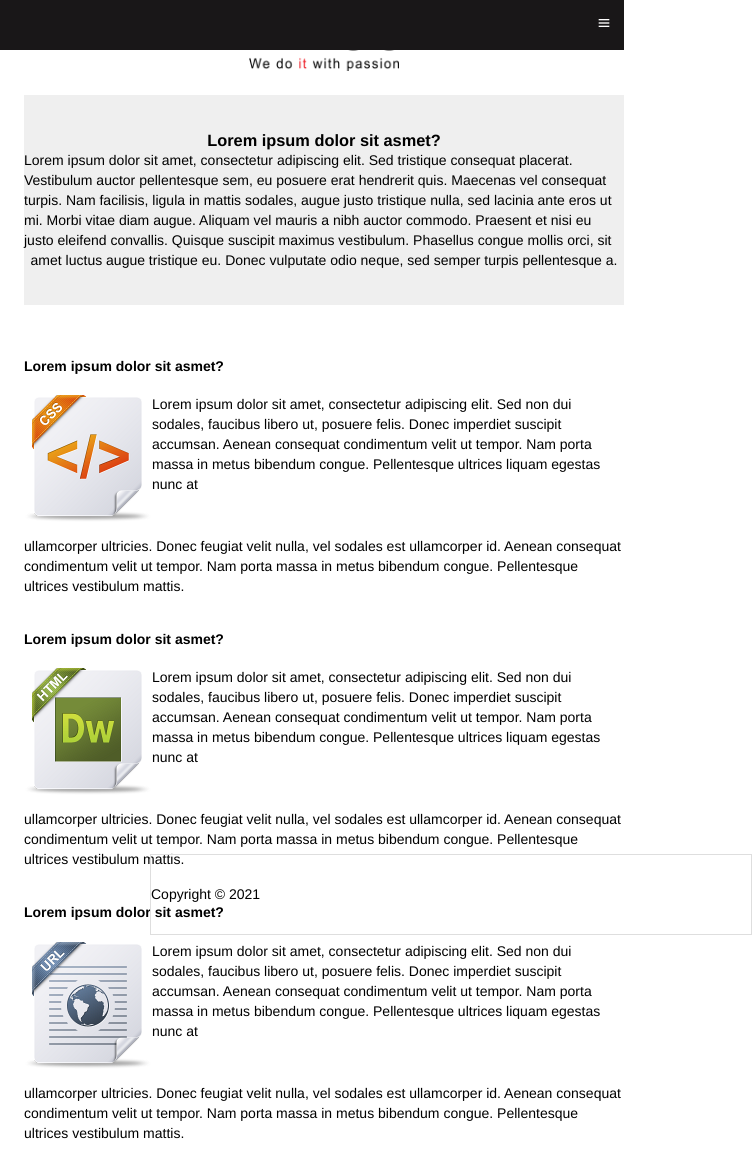
Repository: HoanTiny/ncc
Page: index.html
The author's editor kept a copy of each file at every save. The page is drawn from the files as they stood at one save, then again after the next save.
The browser window is 600 px wide. The page is 752 px wide, then 648 px, so the pictures cover 752 px, including what lies to the right of the window. The pictures show the whole page.

Above is the page before, as saved 2023-03-30 21:12:54.

After the next save:
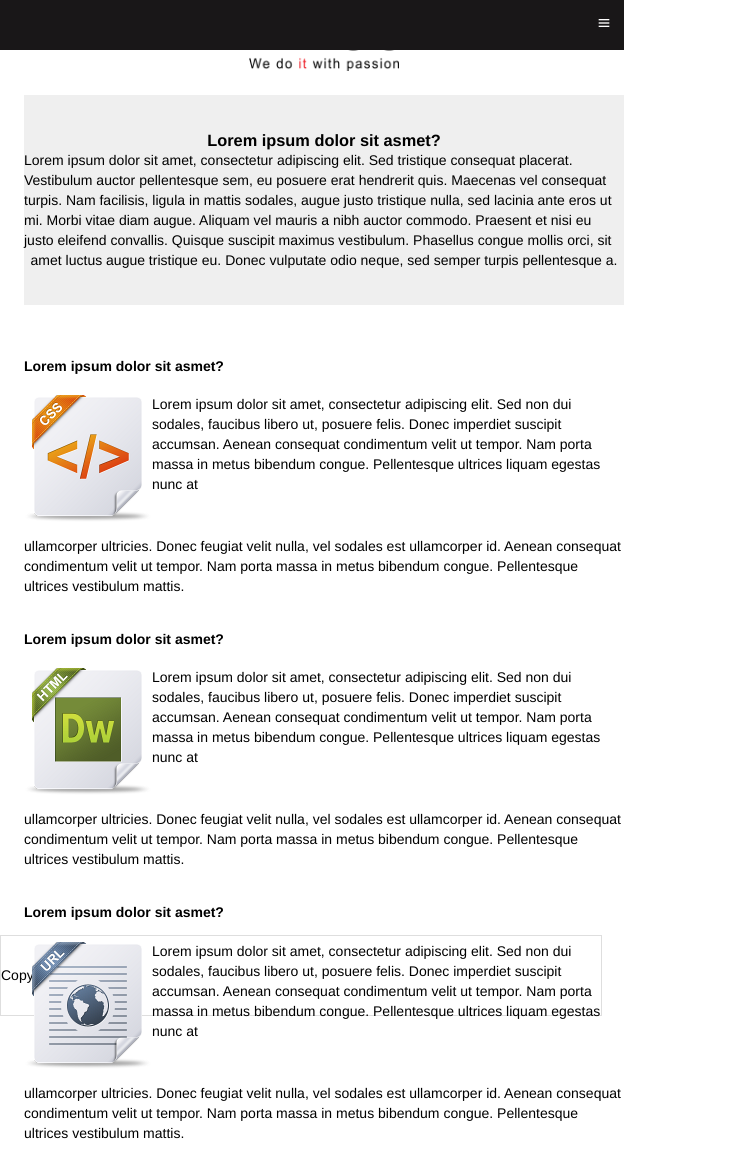
Saved 64 s later.
--- a/style.css
+++ b/style.css
@@ -169,4 +169,15 @@
     .content_logo img {
         width: 150px;
     }
+
+    .footer {
+        position: unset;
+        /* bottom: 0;
+        width: 100%;
+        height: 79px;
+        left: 150px;
+        line-height: 79px;
+        border: 1px solid #dedede;
+        margin: 0; */
+    }
 }
